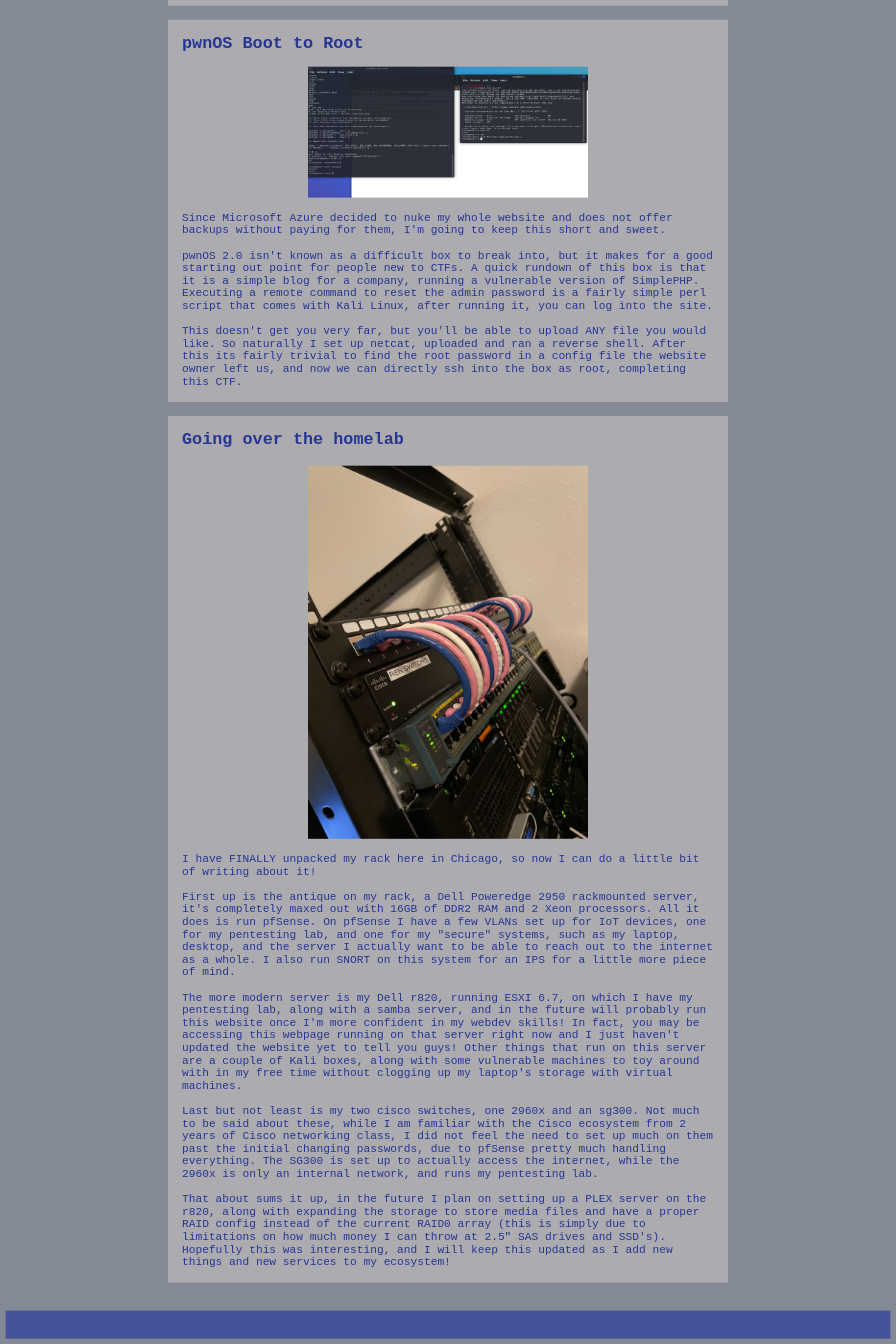
Repository: RennarDeer/RenDev
Page: index.html
These files come from the project's save history. The page is drawn as it stood at one moment and after the next save; the edit follows.
The browser window is 1280 px wide. The pictures show the part of the page from y = 986 to 2906 px (the page is 2906 px tall before and 2690 px after), at 70% of full size.

Above is the page before, as saved 2023-02-16 22:51:01.

After the next save:
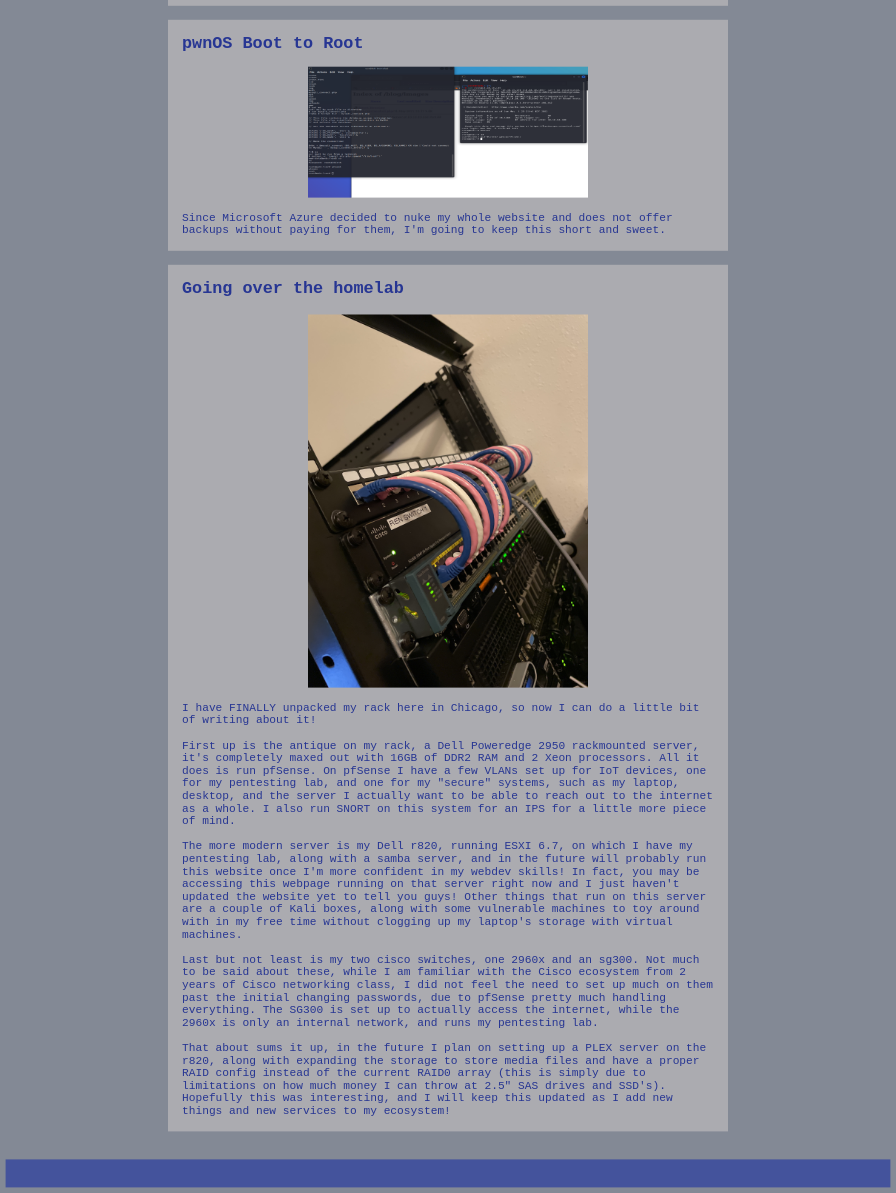
Console error: TypeError: Cannot read properties of null (reading 'addEventListener')
Saved 2 min 12 s later.
--- a/index.html
+++ b/index.html
@@ -3,6 +3,7 @@
   <head>
     <title>Rennar's Website</title>
     <link rel="stylesheet" type="text/css" href="style.css">
+    <script src="readmore.js"></script>
   </head>
   <body>
     <header>
@@ -38,6 +39,8 @@
 
         Since Microsoft Azure decided to nuke my whole website and does not offer backups without
         paying for them, I'm going to keep this short and sweet.
+
+        <div id="article-more" style="display: none;">
 
             <br><br>
 
